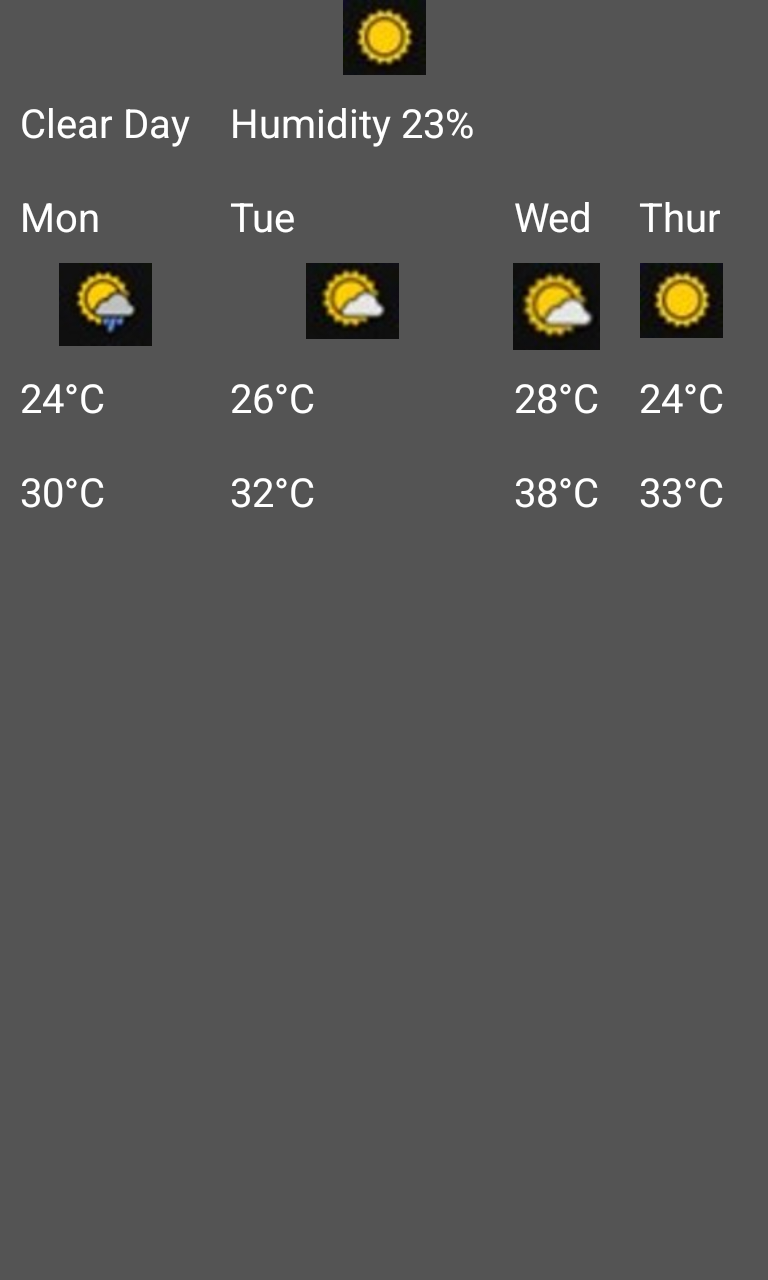
Repository: 12030121002/androideventhandling
Layout: Demo/res/layout/weather.xml
These files come from the project's save history. The layout is drawn as it stood at one moment and after the next save; the edit follows.
It is drawn on a 768 x 1280 px phone screen (xhdpi) without system bars, with theme AppTheme; the app's code is not run.

Above is the layout before, as saved 2014-12-08 05:02:57.

### Demo/res/layout/weather.xml
<?xml version="1.0" encoding="utf-8"?>
<TableLayout xmlns:android="http://schemas.android.com/apk/res/android"
    android:layout_width="match_parent"
    android:layout_height="match_parent"
    android:background="@color/grey">
    <ImageView
        android:id="@+id/imageView1"
        android:layout_width="wrap_content"
        android:layout_height="wrap_content"
        android:src="@drawable/wednesday" />

  <TableRow android:layout_width="wrap_content"
	    android:layout_height="wrap_content">
    <TextView
        android:id="@+id/editText1"
        android:layout_width="wrap_content"
        android:layout_height="wrap_content"
        android:text="@string/clear"
        android:textColor="@color/white"
        android:padding="10dp"
        android:textSize="20sp"
        />

       <TextView
        android:id="@+id/editText2"
        android:layout_width="wrap_content"
        android:layout_height="wrap_content"
        android:text="@string/temp"
        android:textColor="@color/white"
        android:padding="10dp"
        android:textSize="20sp"
     />

       </TableRow>
   <TableRow android:layout_width="wrap_content"
	    android:layout_height="wrap_content">

    <TextView

        android:layout_width="wrap_content"
        android:layout_height="wrap_content"
        android:text="@string/t1"
        android:textColor="@color/white"
        android:padding="10dp"
        android:textSize="20sp"
        />

    <TextView
        android:layout_width="wrap_content"
        android:layout_height="wrap_content"
        android:text="@string/t2"
        android:textColor="@color/white"
        android:padding="10dp"
        android:textSize="20sp"
       />
   <TextView
        android:layout_width="wrap_content"
        android:layout_height="wrap_content"
        android:text="@string/t3"
        android:textColor="@color/white"
        android:padding="10dp"
        android:textSize="20sp"
       />
   <TextView
        android:layout_width="wrap_content"
        android:layout_height="wrap_content"
        android:text="@string/t4"
        android:textColor="@color/white"
        android:padding="10dp"
        android:textSize="20sp"
       />
</TableRow>

 <TableRow android:layout_width="wrap_content"
	    android:layout_height="wrap_content">


    <ImageView
        android:id="@+id/imageView3"
        android:layout_width="wrap_content"
        android:layout_height="wrap_content"
        android:src="@drawable/tuesday" />

    <ImageView
        android:id="@+id/imageView2"
        android:layout_width="wrap_content"
        android:layout_height="wrap_content"
        android:src="@drawable/monday" />

    <ImageView
        android:id="@+id/imageView5"
        android:layout_width="wrap_content"
        android:layout_height="wrap_content"
        android:src="@drawable/thursday" />

    <ImageView
        android:id="@+id/imageView4"
        android:layout_width="wrap_content"
        android:layout_height="wrap_content"
        android:src="@drawable/wednesday" />

   </TableRow>

<TableRow android:layout_width="wrap_content"
	    android:layout_height="wrap_content">
   <TextView

        android:layout_width="wrap_content"
        android:layout_height="wrap_content"
         android:text="@string/one"
        android:textColor="@color/white"
        android:padding="10dp"
        android:textSize="20sp"
         />


    <TextView

        android:layout_width="wrap_content"
        android:layout_height="wrap_content"
         android:text="@string/two"
        android:textColor="@color/white"
         android:padding="10dp"
        android:textSize="20sp"
        />


    <TextView

        android:layout_width="wrap_content"
        android:layout_height="wrap_content"
         android:text="@string/three"
        android:textColor="@color/white"
         android:padding="10dp"
        android:textSize="20sp"
         />

    <TextView

        android:layout_width="wrap_content"
        android:layout_height="wrap_content"
         android:text="@string/four"
        android:textColor="@color/white"
         android:padding="10dp"
        android:textSize="20sp"
         />
    </TableRow>
    <TableRow android:layout_width="wrap_content"
	    android:layout_height="wrap_content">
   <TextView

        android:layout_width="wrap_content"
        android:layout_height="wrap_content"
         android:text="@string/five"
        android:textColor="@color/white"
        android:padding="10dp"
        android:textSize="20sp"
         />


    <TextView

        android:layout_width="wrap_content"
        android:layout_height="wrap_content"
         android:text="@string/six"
        android:textColor="@color/white"
         android:padding="10dp"
        android:textSize="20sp"
        />


    <TextView

        android:layout_width="wrap_content"
        android:layout_height="wrap_content"
         android:text="@string/seven"
        android:textColor="@color/white"
         android:padding="10dp"
        android:textSize="20sp"
         />

    <TextView

        android:layout_width="wrap_content"
        android:layout_height="wrap_content"
         android:text="@string/eight"
        android:textColor="@color/white"
         android:padding="10dp"
        android:textSize="20sp"
         />
    </TableRow>


</TableLayout>

### Demo/res/values/strings.xml
<?xml version="1.0" encoding="utf-8"?>
<resources>

    <string name="app_name">Demo</string>
    <string name="action_settings">Settings</string>
    <string name="hello_world">Hello world!</string>
	<string name="title"> WELCOME!! \m/ </string>
	<string name="Welcome">Welcome</string>
	<color name="red">#ff0000</color>
	<string name="click_here">Click here</string>
	<string name="bca">BCA</string>
	<color name="grey">#545454</color>
	<string name="one">24°C</string>
	<color name="white">#ffffff</color>
	<string name="two">26°C</string>
	<string name="three">28°C</string>
	<string name="four">24°C</string>
		<string name="five">30°C</string>
	<string name="six">32°C</string>
	<string name="seven">38°C</string>
	<string name="eight">33°C</string>
	<string name="t1">Mon</string>
	<string name="t2">Tue</string>
	<string name="t3">Wed</string>
	<string name="t4" >Thur</string>
	<string name="clear">Clear Day</string>
	<string name="temp">Humidity 23%</string>
	<string name="deg">32°C</string>
</resources>

Loaded but not shown: Demo/res/values/styles.xml (common file); Demo/res/values-v11/styles.xml (common file); Demo/res/values-v14/styles.xml (common file)

After the next save:
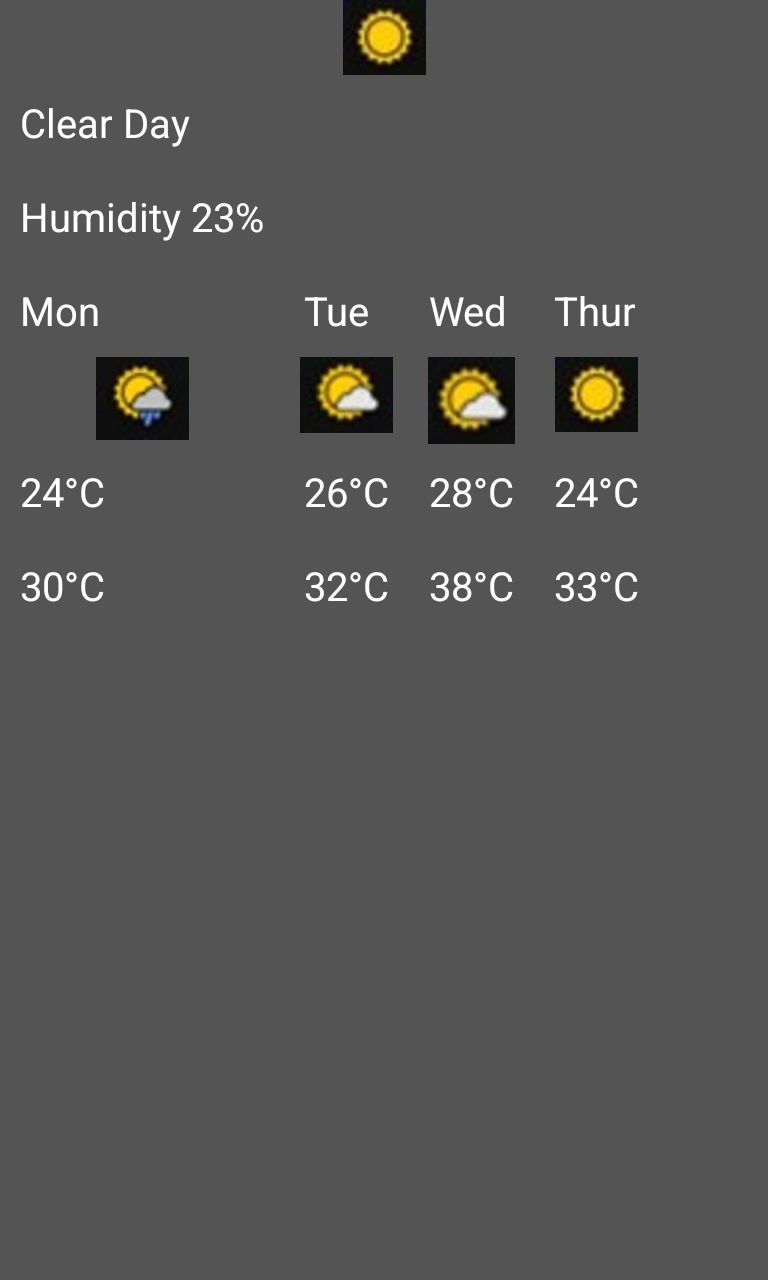
Saved 43 s later.
--- a/Demo/res/layout/weather.xml
+++ b/Demo/res/layout/weather.xml
@@ -20,7 +20,9 @@
         android:padding="10dp"
         android:textSize="20sp"
         />
-
+    </TableRow>
+ <TableRow android:layout_width="wrap_content"
+	    android:layout_height="wrap_content">
        <TextView
         android:id="@+id/editText2"
         android:layout_width="wrap_content"
